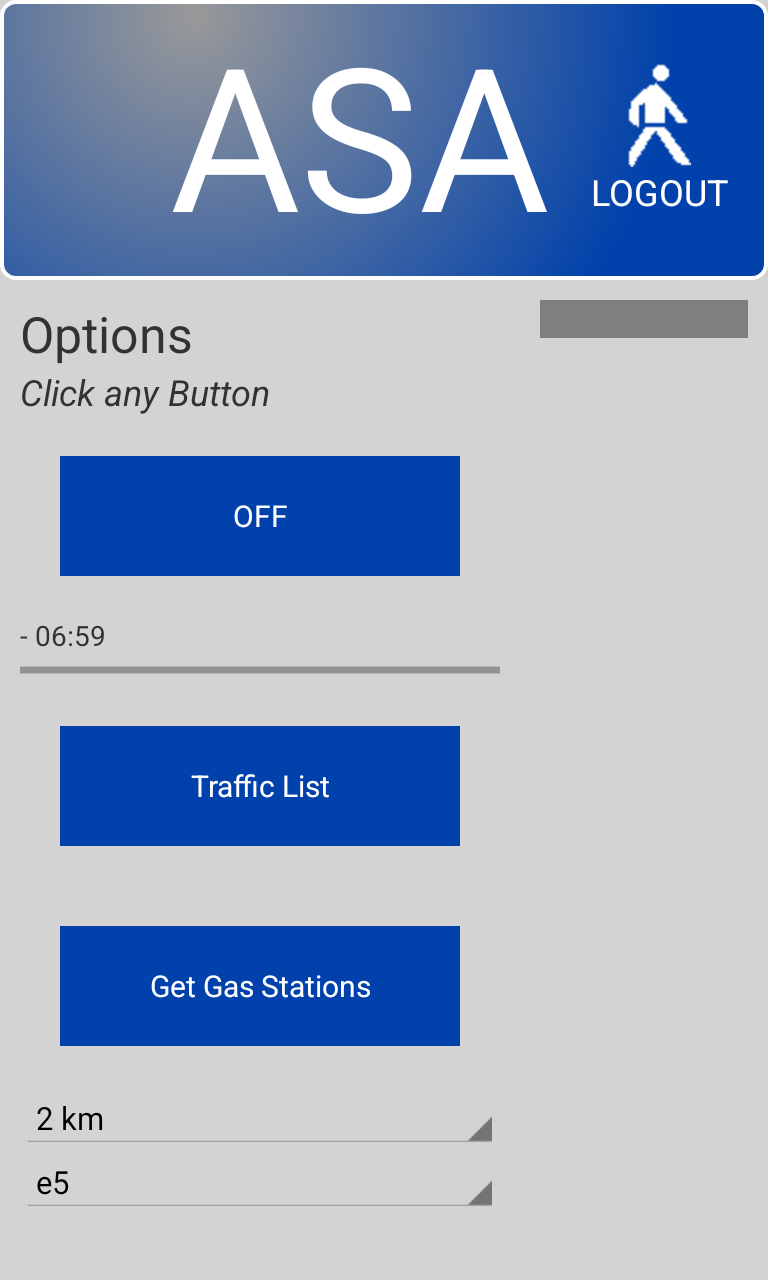
Repository: vinnare89/ASA
Layout: ASA/res/layout/asa_layout.xml
These files come from the project's save history. The layout is drawn as it stood at one moment and after the next save; the edit follows.
Pictures or frames that could not be fetched are drawn as grey boxes. It is drawn on a 768 x 1280 px phone screen (xhdpi) without system bars, with theme AppTheme; the app's code is not run.

Above is the layout before, as saved 2013-12-29 13:38:41.

After the next save:
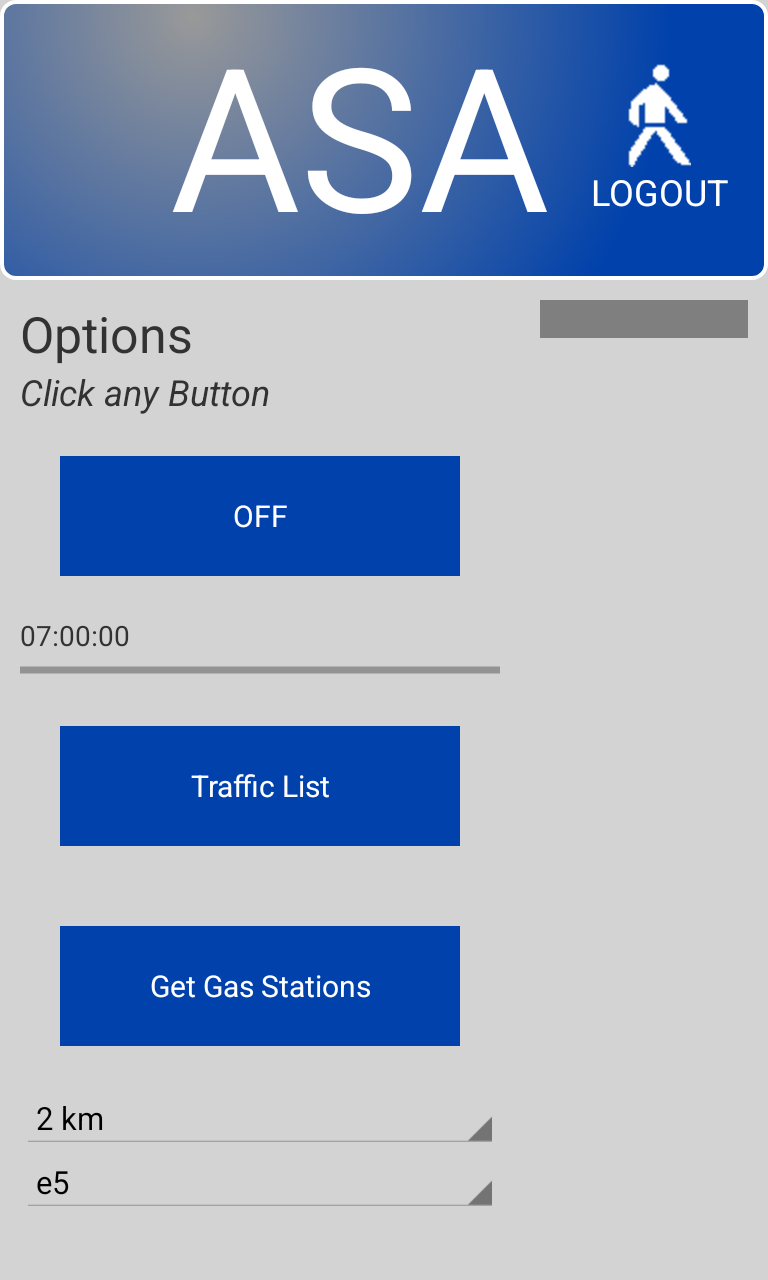
Saved 21 s later.
--- a/ASA/res/layout/asa_layout.xml
+++ b/ASA/res/layout/asa_layout.xml
@@ -79,7 +79,7 @@
                 android:layout_width="fill_parent"
                 android:layout_height="wrap_content"
                 android:layout_gravity="center_horizontal"
-                android:text="- 06:59" />
+                android:text="07:00:00" />
 
             <ProgressBar
                 android:id="@+id/asa_control_time_progressbar"
